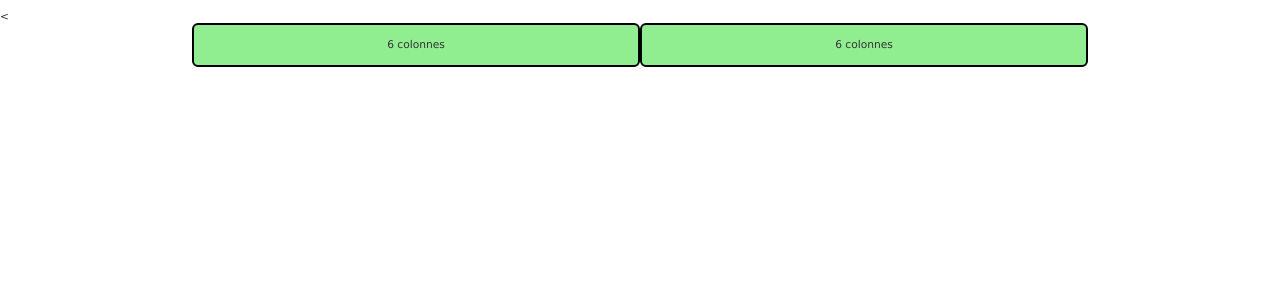
Repository: dridrii/COMPET-BLOC
Page: http://localhost/COMPET-BLOC/
An editor plug-in stored every save of this project. The page is shown before and after the next save, followed by the edit.
The browser window is 1280 px wide. The pictures show the whole page.
The page is served by Tomcat 9.

Above is the page before, as saved 2015-07-11 16:24:06.

After the next save:
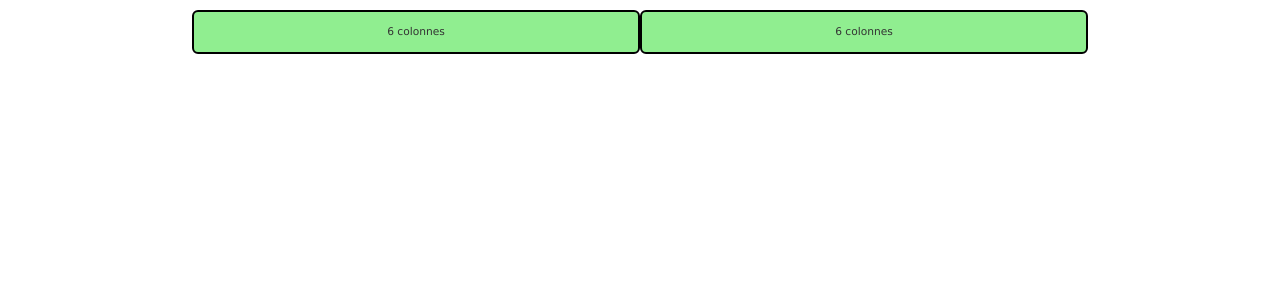
Saved 87 s later.
--- a/COMPET-BLOC/WebContent/index.jsp
+++ b/COMPET-BLOC/WebContent/index.jsp
@@ -5,11 +5,15 @@
     <link href="inc/css/tuto.css" rel="stylesheet">
   </head>
   <body>
-    <<div class="container">
-  <div class="row">
-    <div class="col-md-6"> 6 colonnes</div>
-    <div class="col-md-6"> 6 colonnes</div>
+    <div class="container">
+ 		 <div class="row">
+   			 <div class="col-md-6"> 6 colonnes</div>
+    			<div></div>
 
-</div>
+
+    	<div class="col-md-6"> 6 colonnes</div>
+
+		</div>
+	</div>
   </body>
 </html>
